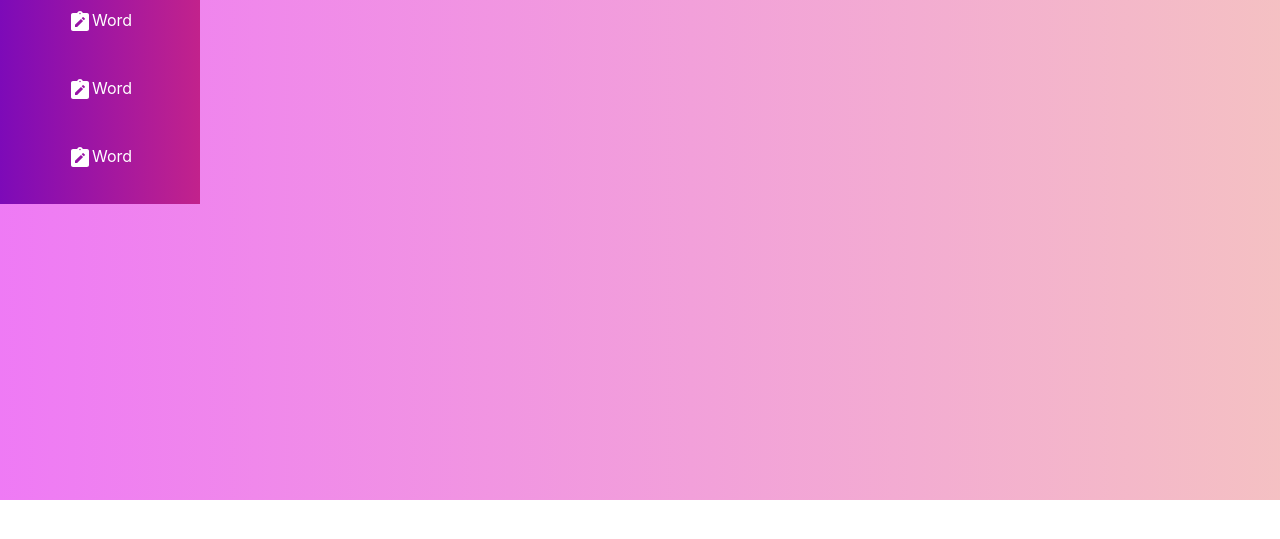
Repository: 123cuongcao/nopbai-basic
Page: /
These files come from the project's save history. The page is drawn as it stood at one moment and after the next save; the edit follows.
The browser window is 1280 px wide. The pictures show the whole page.
The project was rebuilt for these pictures with package versions that can differ from the ones it lists, and the page was loaded fresh each time.

Above is the page before, as saved 2023-08-15 11:16:08.

### src/App.js
import logo from './logo.svg';
// import './App.css';
import Index from './components';

function App() {
  return (
    <>
      <Index/>
    </>
  );
}

export default App;

### src/components/index.jsx
import React from 'react'
import Box from './views/box'


export default function Index() {
  return (
    <div style={{background:'linear-gradient(to right,#e002ec86,#f3b6b9db',height:'500px',display:'dis'}}>
            <Box/>
            <Box/>

            <Box/>

    </div>
  )
}

### src/components/views/box.jsx
import React from 'react'
import NoteAltIcon from '@mui/icons-material/NoteAlt';

export default function Box() {
  return (
    <div style={{background:'linear-gradient(to right,#7D0AB8,#C2228C',width:'200px',display:'flex',justifyContent:'center',color:'#ffff'}}>
      <div style={{display:'flex',padding:"10px 30px 30px 30px"}}>
      <span><NoteAltIcon/></span>
      <span>Word</span>
      </div>


    </div>
  )
}

Loaded but not shown: public/index.html (common file); src/index.js (common file); src/index.css (common file); src/reportWebVitals.js (common file)

After the next save:
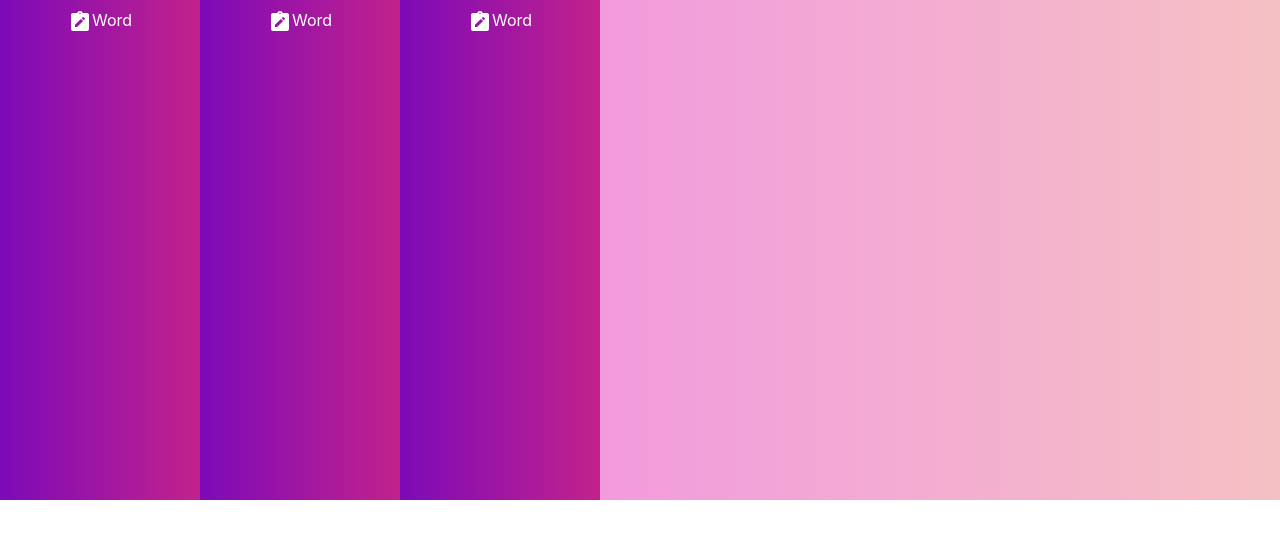
Saved 4 s later.
--- a/src/components/index.jsx
+++ b/src/components/index.jsx
@@ -4,7 +4,7 @@
 
 export default function Index() {
   return (
-    <div style={{background:'linear-gradient(to right,#e002ec86,#f3b6b9db',height:'500px',display:'dis'}}>
+    <div style={{background:'linear-gradient(to right,#e002ec86,#f3b6b9db',height:'500px',display:'flex'}}>
             <Box/>
             <Box/>
 
